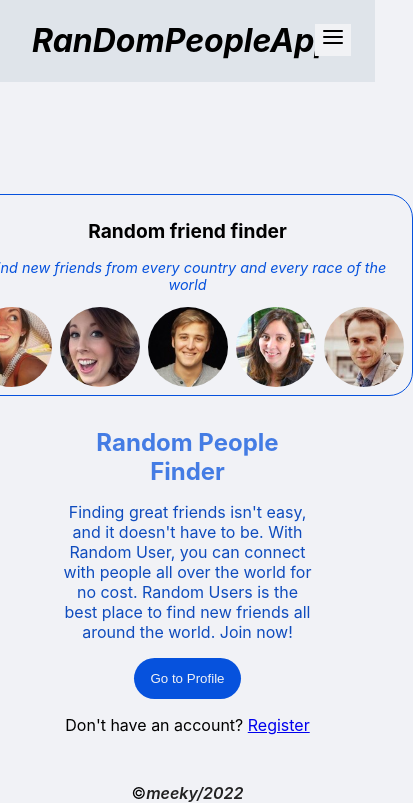
Repository: MikkyPrestige/RandomProfiles
Page: /
The author's editor kept a copy of each file at every save. The page is drawn from the files as they stood at one save, then again after the next save.
The browser window is 375 px wide. The page is 413 px wide, then 381 px, so the pictures cover 413 px, including what lies to the right of the window. The pictures show the whole page.
The project was rebuilt for these pictures with package versions that can differ from the ones it lists, and the page was loaded fresh each time. Some packages were replaced by stand-ins written for this rebuild. Also part of the build but not shown: src/components/users.jsx, src/assets/styles/search.css, src/components/search.jsx, src/assets/styles/help.css, src/components/help.jsx, src/assets/styles/about.css, src/components/about.jsx, src/assets/styles/error.css and 9 more.

Above is the page before, as saved 2022-12-06 22:55:21.

### public/index.html
<!DOCTYPE html>
<html lang="en">

<head>
  <meta charset="utf-8" />
  <link rel="icon" href="%PUBLIC_URL%/favicon.ico" />
  <meta name="viewport" content="width=device-width, initial-scale=1" />
  <meta name="theme-color" content="#000000" />
  <meta name="description" content="Web site created using create-react-app" />
  <link rel="apple-touch-icon" href="%PUBLIC_URL%/logo192.png" />
  <!--
      manifest.json provides metadata used when your web app is installed on a
      user's mobile device or desktop. See https://developers.google.com/web/fundamentals/web-app-manifest/
    -->
  <link rel="manifest" href="%PUBLIC_URL%/manifest.json" />
  <!--
      Notice the use of %PUBLIC_URL% in the tags above.
      It will be replaced with the URL of the `public` folder during the build.
      Only files inside the `public` folder can be referenced from the HTML.

      Unlike "/favicon.ico" or "favicon.ico", "%PUBLIC_URL%/favicon.ico" will
      work correctly both with client-side routing and a non-root public URL.
      Learn how to configure a non-root public URL by running `npm run build`.
    -->
  <title>AltSchool Assignment 2</title>
</head>

<body>
  <noscript>You need to enable JavaScript to run this app.</noscript>
  <div id="root"></div>
  <!--
      This HTML file is a template.
      If you open it directly in the browser, you will see an empty page.

      You can add webfonts, meta tags, or analytics to this file.
      The build step will place the bundled scripts into the <body> tag.

      To begin the development, run `npm start` or `yarn start`.
      To create a production bundle, use `npm run build` or `yarn build`.
    -->
</body>

</html>

### src/index.css
body {
  margin: 0;
  font-family: -apple-system, BlinkMacSystemFont, 'Segoe UI', 'Roboto', 'Oxygen',
    'Ubuntu', 'Cantarell', 'Fira Sans', 'Droid Sans', 'Helvetica Neue',
    sans-serif;
  -webkit-font-smoothing: antialiased;
  -moz-osx-font-smoothing: grayscale;
  background-color: #f1f2f6;
}

code {
  font-family: source-code-pro, Menlo, Monaco, Consolas, 'Courier New',
    monospace;
}

### src/App.jsx
import * as React from "react";
import { ErrorBoundary } from "react-error-boundary";
import { Route, Routes } from "react-router-dom";
import {
  Layout,
  Home,
  Users,
  Search,
  Help,
  About,
  Error,
  ErrorFallBack,
  Profile,
  ProfileDisplay,
  Register,
  UpdatePassword,
  Footer,
} from "./components";

const App = () => {
  return (
    <div className="App">
      <main>
        <ErrorBoundary FallbackComponent={ErrorFallBack}>
          <Layout />
          <Routes>
            <Route path="/" element={<Home />} />
            <Route path="users">
              <Route index element={<Users />} />
              <Route path=":id" element={<Search />} />
            </Route>
            <Route path="profile" element={<Profile />} />
            <Route path="profileDisplay" element={<ProfileDisplay />} />
            <Route path="register" element={<Register />} />
            <Route path="update" element={<UpdatePassword />} />
            <Route path="help" element={<Help />} />
            <Route path="about" element={<About />} />
            <Route path="*" element={<Error />} />
          </Routes>
        </ErrorBoundary>
        <Footer />
      </main>
    </div>
  );
};

export default App;

### src/components/index.js
export {  Layout, Back } from "./layout";
export { default as Home } from "./home";
export { default as Users } from "./users";
export { default as Search } from "./search";
export { default as Help } from "./help";
export { default as About } from "./about";
export { default as Error } from "./error";
export { default as ErrorFallBack } from "./errorFallback";
export { default as Profile } from "./profile";
export { default as ProfileDisplay } from "./profileDisplay";
export { default as Register } from "./register";
export { default as UpdatePassword } from "./update";
export { Footer } from "./avatar";

### src/components/layout.jsx
// LAYOUT COMPONENT - This component is for the App Layout that displays the Navigation bar in the app UI to the user when app is open

import { useState } from "react";
import { NavLink } from "react-router-dom";
import "../assets/styles/layout.css";
import { MdClose } from "react-icons/md";
import { FiMenu } from "react-icons/fi";

const CustomNavLink = ({ to, ...props }) => {
  let activeStyle = {
    textDecoration: "underline",
    color: "red",
  };

  return (
    <NavLink
      style={({ isActive }) =>
        isActive ? activeStyle : { textDecoration: "none" }
      }
      to={to}
      end
      {...props}
    />
  );
};

const LayoutSmall = () => {
  const [nav, setNav] = useState(false);

  const toggleNav = () => {
    setNav(!nav);
  };

  const closeNav = () => {
    setNav(false);
  };

  return (
    <div className="layout small">
      <header className="layout__header">
        <div className="layout__header--text">
          <h1 className="layout__header--title">RanDomPeopleApp</h1>
        </div>
        <nav className="layout__nav">
          <button onClick={toggleNav} className="layout--btn">
            {nav ? (
              <MdClose className="layout__btn--icon" />
            ) : (
              <FiMenu className="layout__btn--icon" />
            )}
          </button>
          <div className={`menuNav ${nav ? " showMenu" : ""}`}>
            <CustomNavLink
              to="/"
              end
              className="nav__item"
              onClick={() => closeNav()}
            >
              Home
            </CustomNavLink>
            <CustomNavLink
              to="profile"
              className="nav__item"
              onClick={() => closeNav()}
            >
              Users
            </CustomNavLink>
            <CustomNavLink
              to="about"
              className="nav__item"
              onClick={() => closeNav()}
            >
              About
            </CustomNavLink>
            <CustomNavLink
              to="help"
              className="nav__item"
              onClick={() => closeNav()}
            >
              Features
            </CustomNavLink>
          </div>
        </nav>
      </header>
    </div>
  );
};

const LayoutLarge = () => {
  return (
    <div className="layout large">
      <header className="layout__header">
        <div className="layout__header--text">
          <h1 className="layout__header--title">RanDomPeopleApp</h1>
        </div>
        <nav className="layout__nav">
          <div className="nav__items--large">
            <CustomNavLink to="/" className="nav__item--large">
              Home
            </CustomNavLink>
            <CustomNavLink to="profile" className="nav__item--large">
              Users
            </CustomNavLink>
            <CustomNavLink to="about" className="nav__item--large">
              About
            </CustomNavLink>
            <CustomNavLink to="help" className="nav__item--large">
              Features
            </CustomNavLink>
          </div>
        </nav>
      </header>
    </div>
  );
};

const Layout = () => {
  return (
    <div>
      <LayoutSmall />
      <LayoutLarge />
    </div>
  );
};

//  Navigate back home button
const Back = () => {
  const [isHover, setIsHover] = useState(false);

  const handleMouseEnter = () => {
    setIsHover(true);
  };

  const handleMouseLeave = () => {
    setIsHover(false);
  };

  const style = {
    border: "none",
    borderRadius: ".5rem",
    padding: " .5rem",
    fontSize: "1rem",
    fontWeight: "600",
    cursor: "pointer",
    backgroundColor: isHover ? "lightblue" : "rgb(0, 191, 255)",
    color: isHover ? "#f00" : "green",
  };

  return (
    <NavLink to="/" className="back__button">
      <button
        style={style}
        onMouseEnter={handleMouseEnter}
        onMouseLeave={handleMouseLeave}
      >
        Back ←{" "}
      </button>
    </NavLink>
  );
};

export { Layout, Back };

### src/components/home.jsx
// HOME COMPONENT - This component is the Home section of the app that displays app Home page on load and when the 'HOME' button in the header is clicked

import { Link, useNavigate } from "react-router-dom";
import "../assets/styles/home.css";
import { Avatar } from "./avatar";
import FirstFemale from "../assets/img/female-1.jpg";
import SecondFemale from "../assets/img/female-2.jpg";
import ThirdFemale from "../assets/img/female-3.jpg";
import FirstMale from "../assets/img/male-1.jpg";
import SecondMale from "../assets/img/male-2.jpg";

const Home = () => {
  const navigate = useNavigate();
  const getStarted = () => {
    navigate("/profileDisplay"); // Redirect the user to the users component when the get started button is clicked
  };

  return (
    <div className="home">
      <div className="home__container">
        <div className="desc">
          <h1 className="desc__heading">Random people finder</h1>
          <p className="desc__paragraph">
            Finding great friends isn't easy, and it doesn't have to be. With
            Random User, you can connect with people all over the world for no
            cost. Random Users is the best place to find new friends all around
            the world. Join now!
          </p>
          <button onClick={getStarted} className="desc__cta">
            Go to Profile
          </button>
          <p className="register__text">
            Don't have an account?{" "}
            <Link to="/register" className="register__link">
              Register
            </Link>
          </p>
        </div>
        <div className="home__wrapper">
          <h2 className="home__heading">Random friend finder</h2>
          <p className="home__text">
            Find new friends from every country and every race of the world
          </p>
          <div className="home__img">
            <Avatar
              image={FirstFemale}
              alt="Female One"
              style={{ width: "5rem", height: "5rem", borderRadius: "50%" }}
            />
            <Avatar
              image={SecondFemale}
              alt="Female Two"
              style={{ width: "5rem", height: "5rem", borderRadius: "50%" }}
            />
            <Avatar
              image={FirstMale}
              alt="Male One"
              style={{ width: "5rem", height: "5rem", borderRadius: "50%" }}
            />
            <Avatar
              image={ThirdFemale}
              alt="Female Three"
              style={{ width: "5rem", height: "5rem", borderRadius: "50%" }}
            />
            <div className="hidden">
            <Avatar
              image={SecondMale}
              alt="Male Two"
              style={{ width: "5rem", height: "5rem", borderRadius: "50%" }}
            />
            </div>
          </div>
        </div>
      </div>
    </div>
  );
};

export default Home;

### src/components/avatar.jsx
// AVATAR COMPONENT - This component is for the Images used in the app.

import "../assets/styles/layout.css";

export const Avatar = ({ image = "", alt = "", style = {} }) => {
  return (
    <div className="avatar">
      <img src={image} alt={alt} style={style} />
    </div>
  );
};

// FOOTER COMPONENT - for the attribution

export const Footer = () => {
  return (
    <div className="attribution">
      <footer>
        &copy;
        <a
          href="https://github.com/MeekyBerry"
          target="_blank"
          rel="noreferrer"
          className="footer"
        >
          meeky/2022
        </a>
      </footer>
    </div>
  );
};

### src/assets/styles/layout.css
.layout {
  background-color: #dfe4ea;
  width: 100%;
}

.layout__nav {
  display: flex;
  align-items: center;
  justify-content: space-between;
  position: relative;
  padding-right: 2rem;
}

.layout__header {
  display: flex;
  justify-content: space-between;
  align-items: center;
}

.layout__header--title {
  font-style: oblique;
  padding-left: 2rem;
}

.layout--btn {
  position: fixed;
  top: 1.5rem;
  right: 1.5rem;
  z-index: 10;
  background-color: #f1f2f5;
  border: none;
  font-size: 1.5rem;
  cursor: pointer;
}

.menuNav {
  position: fixed;
  top: 6rem;
  right: 0;
  width: 0;
  max-width: 10rem;
  height: 100%;
  background-color: #f1f2f5;
  z-index: 5;
  overflow: hidden;
}

.menuNav.showMenu {
  width: 100%;
  transition: all 2s ease-in;
  -webkit-transition: all 2s ease-in;
  -moz-transition: all 2s ease-in;
  -ms-transition: all 2s ease-in;
  -o-transition: all 2s ease-in;
}

.nav__items {
  display: flex;
  align-items: center;
  list-style: none;
  /* flex-wrap: wrap; */
}

.nav__item {
  font-size: 1.2rem;
  padding: 1rem;
  text-transform: uppercase;
  display: block;
  text-align: center;
  text-transform: uppercase;
  color: #0046dc;
}

.nav__item:hover {
  color: #7dd5c6;
}

.nav__items--large {
  display: flex;
  gap: 2rem;
}

.nav__item--large {
  text-transform: uppercase;
  font-size: 1.1rem;
  font-weight: 700;
  letter-spacing: .2rem;
  color: #0046dc;
}

.attribution {
  text-align: center;
}

.footer {
  color: #222;
  text-decoration: none;
  cursor: pointer;
  font-style: italic;
  font-weight: 600;
}

/* MEDIA QUERY TO HIDE THE NAVIGATION BAR HAMBURGER ON LARGE SCREENS */

@media screen and (min-width: 768px) {
  .small {
    display: none;
  }

  .large {
    display: block;
  }
}

@media screen and (max-width: 768px) {
  .small {
    display: block;
  }

  .large {
    display: none;
  }
}

@media screen and (max-width: 900px) {
  .nav__item--large {
    font-size: 1rem;
    margin-right: -.5rem;
  }

}

### src/assets/styles/home.css
.home {
  margin-top: 5rem;
  text-align: center;
  padding: 2rem;
}

.home__container {
  display: flex;
  justify-content: space-around;
  align-items: center;
  gap: 1rem;
}

.desc {
  width: 40%;
}

.desc__heading {
  font-size: 2rem;
  color: #0651ddbb;
  text-transform: capitalize;
}

.desc__paragraph {
  font-size: 1rem;
  color: #0f4cbe;
}

.desc__cta {
  background-color: #0652dd;
  color: #f1f2f6;
  padding: 0.8rem 1rem;
  border: none;
  border-radius: 1.5rem;
}

.desc__cta:hover {
  background-color: #0f4cbe;
}

.home__wrapper {
  border: 1px solid #0652dd;
  border-radius: 1.5rem;
  padding: 1rem;
  height: min-content;
}

.home__text {
  font-style: italic;
  color: #0652dd;
}

.home__img {
  display: flex;
  align-items: center;
  gap: 1rem;
}

.avatar {
  width: 5rem;
  height: 5rem;
  border-radius: 50%;
  -webkit-border-radius: 50%;
  -moz-border-radius: 50%;
  -ms-border-radius: 50%;
  -o-border-radius: 50%;
}

@media screen and (max-width: 900px) {
  .home__container {
    flex-direction: column-reverse;
  }

  .desc {
    width: 60%;
  }

  .desc__heading {
    font-size: 1.5rem;
  }
}

@media screen and (max-width: 600px) {
  .desc {
    width: 80%;
  }

  .home__img {
    gap: .5rem;
    /* width: 20rem; */
  }


  .home__text {
    font-size: .9rem;
  }

  .home__heading {
    font-size: 1.2rem;
  }

  .home__wrapper {
    padding: .5rem;
  }
}

/* @media screen and (max-width) {
  .home__wrapper {
    padding: 1rem;
  }

  .home__img {
    width: 2rem;
  }
} */

### src/assets/styles/users.css
.users {
  background-color: #fff;
  border: 1px solid #ccc;
  border-radius: 0.5rem;
  padding: 1rem;
  margin: 1rem;
}

.users__container {
  display: flex;
  flex-direction: column;
  justify-content: center;
  align-items: center;
}

.users__heading {
  text-align: center;
  text-transform: uppercase;
  font-size: 1.5rem;
  font-weight: bold;
  margin-bottom: 1rem;
}

.users__list {
  list-style: none;
  padding: 2rem;
  margin: 1rem auto;
  width: 85%;
  display: grid;
  grid-template-columns: repeat(3, minmax(200px, 1fr));
  grid-gap: 3rem;
}

.user__items {
  border-bottom: 1px solid #ccc;
}

.user__item {
  background-color: #fff;
  border: 1px solid #ccc;
  border-radius: 0.5rem;
  padding: 1rem;
}

.user__img {
  width: 80%;
  border-radius: 10%;
  margin-left: 1rem;
}

/* BUTTON BELOW */
.btn__container {
  display: flex;
  justify-content: center;
  align-items: center;
}

.active:hover {
  background-color: #ced6e0;
  color: #1e90ff;
}

.active:active {
  background-color: #70a1ff;
  color: #ced6e0;
}

.btn__array {
  padding: 0.5rem;
  margin: 0.5rem;
  font-size: 1rem;
  border-radius: 0.5rem;
  border: none;
  cursor: pointer;
}

.search__box {
  display: flex;
  justify-content: center;
  align-items: center;
}

.search__link {
  background-color: #fff;
  border: 1px solid #ccc;
  color: #1e90ff;
  border-radius: 1rem;
  width: 18rem;
  padding: 0.5rem;
  margin: 1rem;
  font-size: 1rem;
  font-weight: bold;
  cursor: pointer;
  text-align: center;
  text-decoration: none;
  animation: search 1s ease-in-out infinite;
}

.search__link:hover {
  background-color: #1e90ff;
  color: #fff;
  animation: none;
}

.search__link:active {
  background-color: #70a1ff;
  color: #fff;
  animation: none;
}

@keyframes search {
  0% {
    transform: scale(1);
  }

  50% {
    transform: scale(1.2);
  }

  100% {
    transform: scale(1);
  }
}

Loaded but not shown: src/index.js (common file)

After the next save:
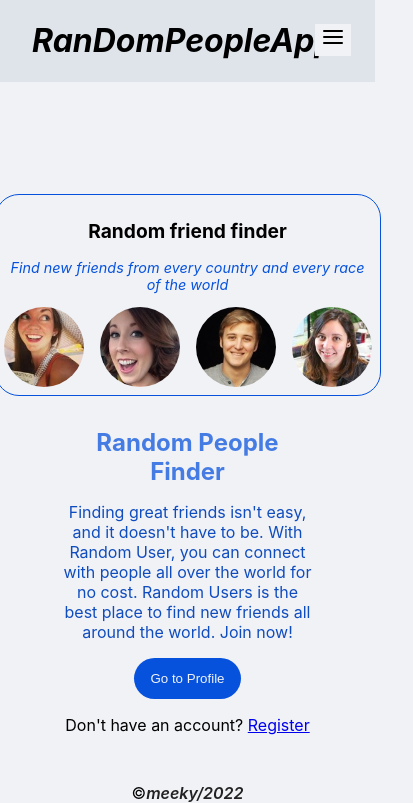
Saved 32 s later.
--- a/src/assets/styles/home.css
+++ b/src/assets/styles/home.css
@@ -85,9 +85,8 @@
     width: 80%;
   }
 
-  .home__img {
-    gap: .5rem;
-    /* width: 20rem; */
+  .hidden {
+    display: none;
   }
 
 
